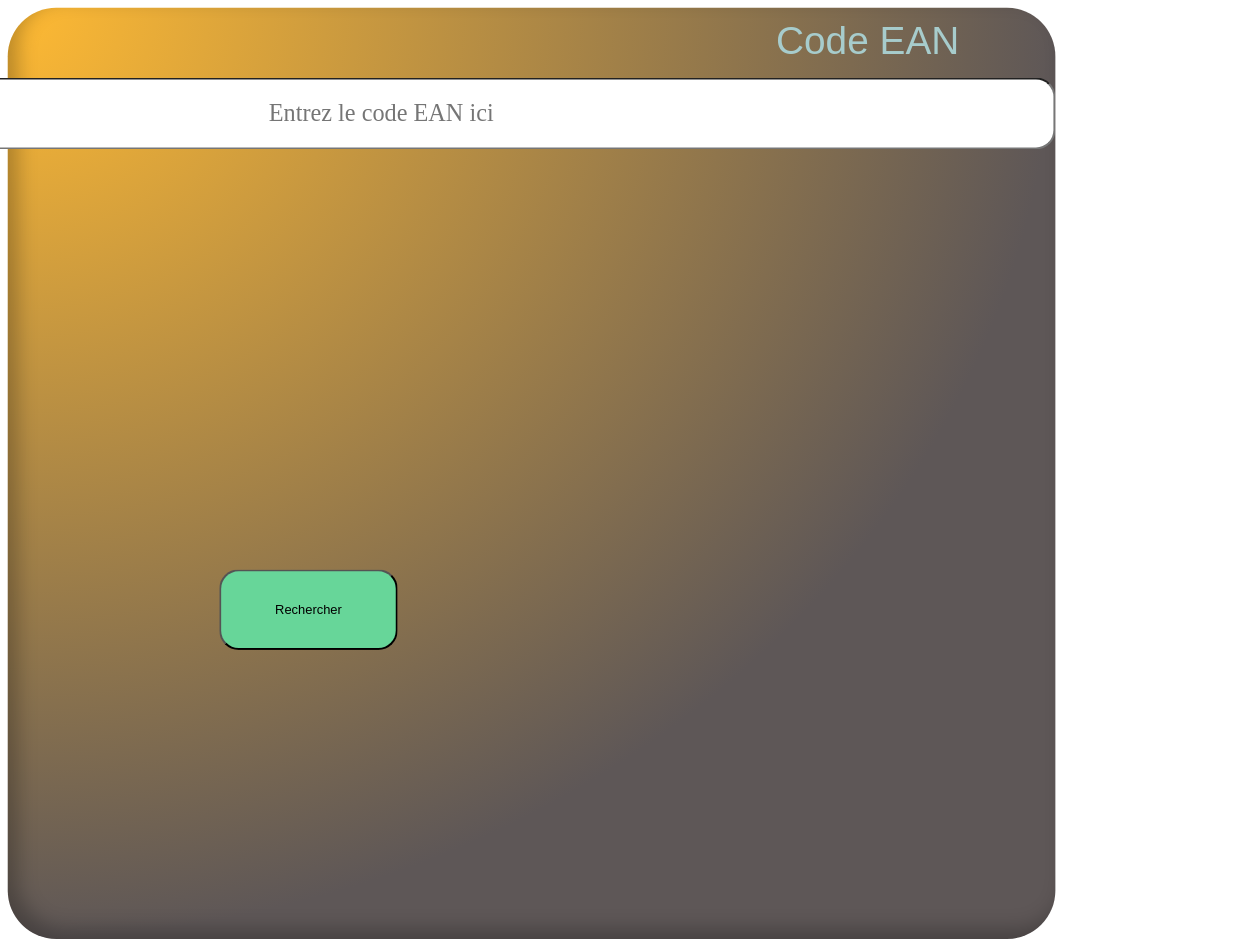
Repository: Zouz01/exo-toucan
Page: index.html
The author's editor kept a copy of each file at every save. The page is drawn from the files as they stood at one save, then again after a run of saves.
The browser window is 1280 px wide. The pictures show the whole page, at 97% of full size.

Above is the page before, as saved 2023-09-21 11:40:27.

After the next 2 saves:
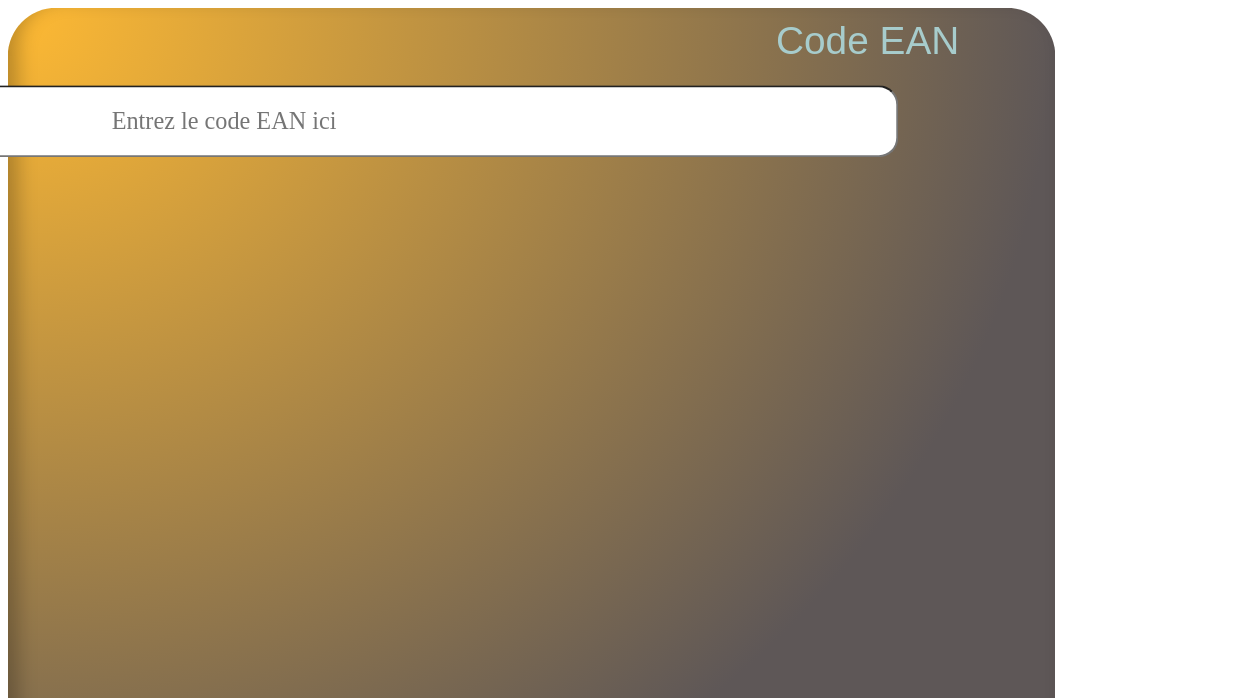
The 2 saves are shown as one change because they came seconds apart.
The last was saved 6 s later.
--- a/main.css
+++ b/main.css
@@ -11,9 +11,8 @@ body {
 }
 
 .container {
-    width: 428px;
-    height: 926px;
 
+   position: fixed;
 
 
     background: radial-gradient(100% 100% at 0% 0%, #FFBA33 0%, #5e5757 100%);
